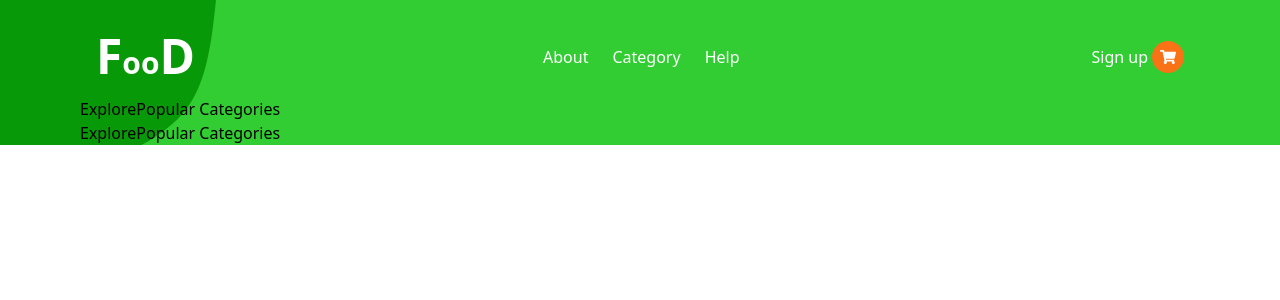
Repository: KhushiCode14/FoodWeb
Page: /category (app in frontend/)
The author's editor kept a copy of each file at every save. The page is drawn from the files as they stood at one save, then again after the next save.
The browser window is 1280 px wide. The pictures show the whole page.
The project was rebuilt for these pictures with package versions that can differ from the ones it lists, and the page was loaded fresh each time. Also part of the build but not shown: frontend/src/Pages/Home.tsx, frontend/src/components/Home/SignUp.tsx, frontend/src/components/Home/SignIn.tsx, frontend/src/components/Home/Cart.tsx.

Above is the page before, as saved 2024-09-24 11:53:30.

After the next save:
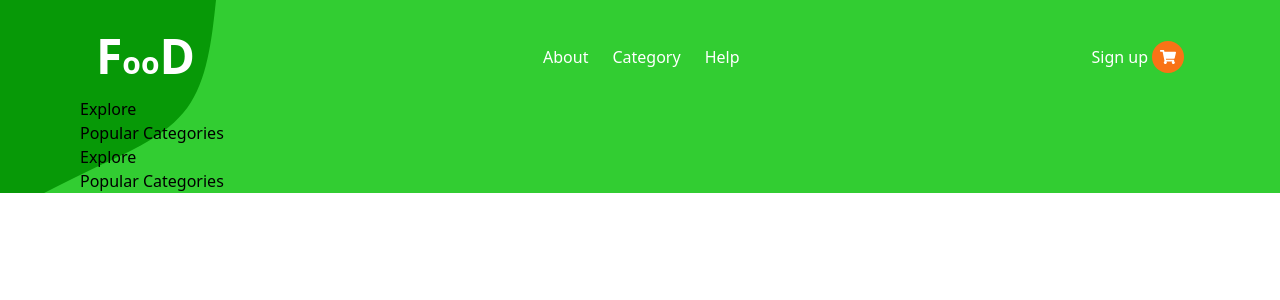
Saved 95 s later.
--- a/frontend/src/components/categories/Category.tsx
+++ b/frontend/src/components/categories/Category.tsx
@@ -2,7 +2,7 @@ import React from 'react'
 
 const Category = () => {
   return (
-    <div className='flex flex-row'>
+    <div className='flex flex-col'>
       <div><button>Explore</button></div>
       <div><h1>Popular Categories</h1></div>
       {/* cards */}

After the save that followed:
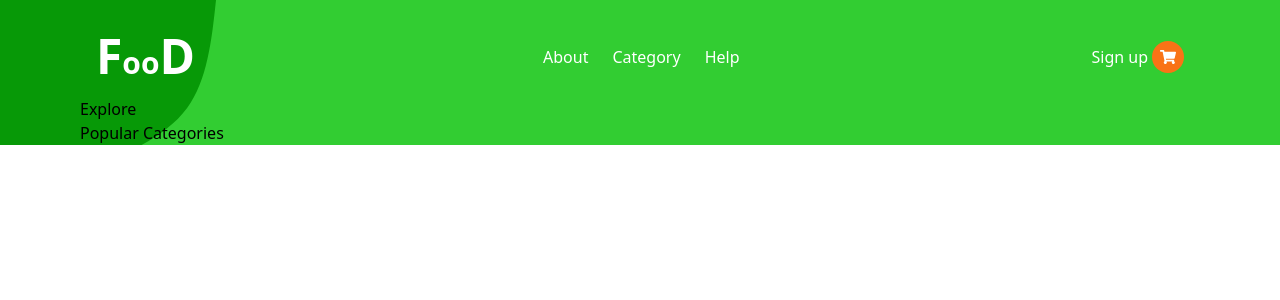
Saved 11 s later.
--- a/frontend/src/App.tsx
+++ b/frontend/src/App.tsx
@@ -22,7 +22,7 @@ function App() {
          <Route  path="/category" element={<Category/>} />
           {/*<Route  path="/contact" element={Contact} /> */}
         </Routes>
-        <Category/>
+
       </Router>
 
     </div>
